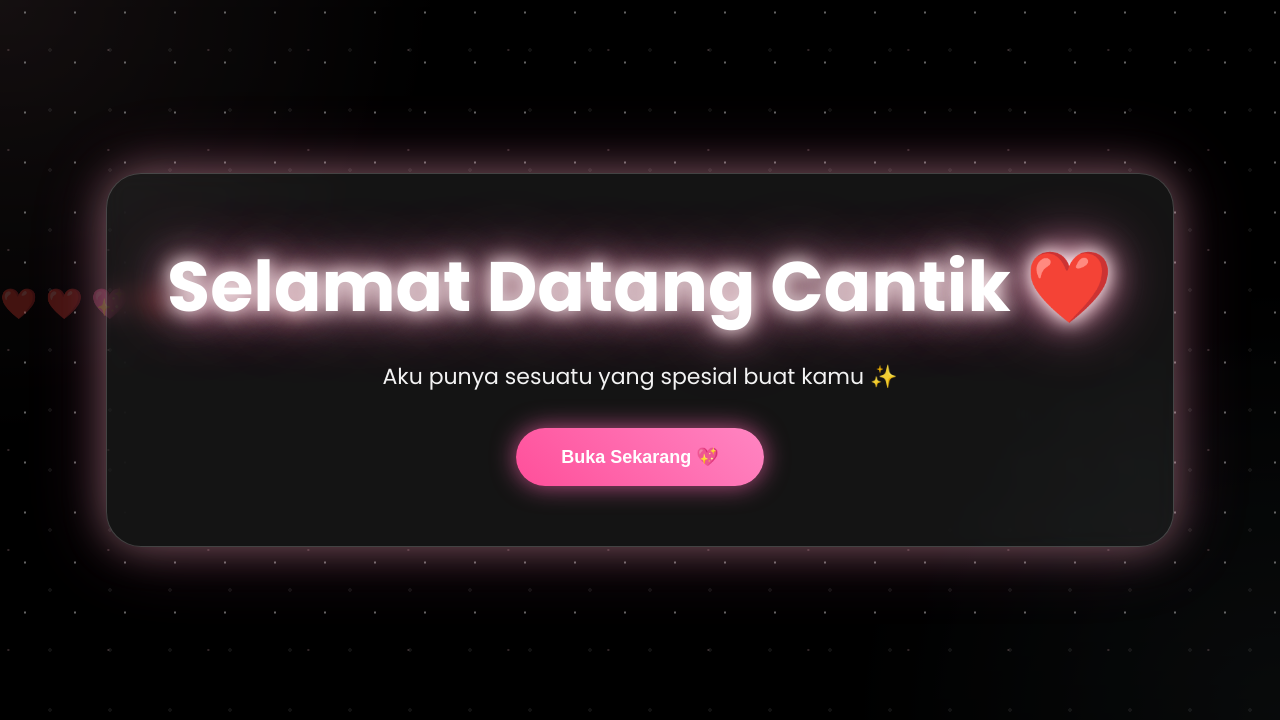
Repository: muhamadfadly-18/Aorelria
Page: index.html
The author's editor kept a copy of each file at every save. The page is drawn from the files as they stood at one save, then again after the next save.
The browser window is 1280 px wide. The pictures show the whole page.

Above is the page before, as saved 2026-05-07 11:17:36.
Not found: assets/images/cover.jpg

After the next save:
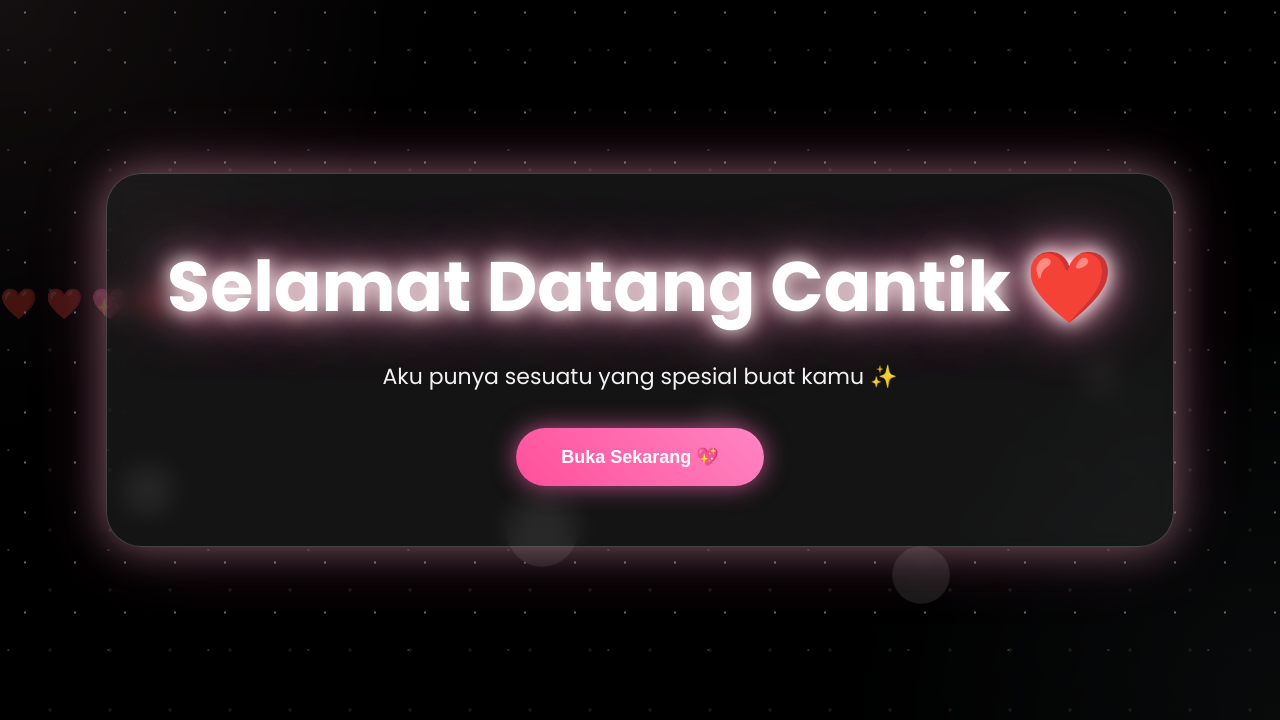
Saved 23 s later.
--- a/index.html
+++ b/index.html
@@ -17,7 +17,14 @@
       <!-- Background Animation -->
       <div class="stars"></div>
       <div class="stars2"></div>
-      <div class="bubbles"></div>
+      <div class="bubbles">
+  <span></span>
+  <span></span>
+  <span></span>
+  <span></span>
+  <span></span>
+  <span></span>
+</div>
 
       <div class="overlay"></div>
 
